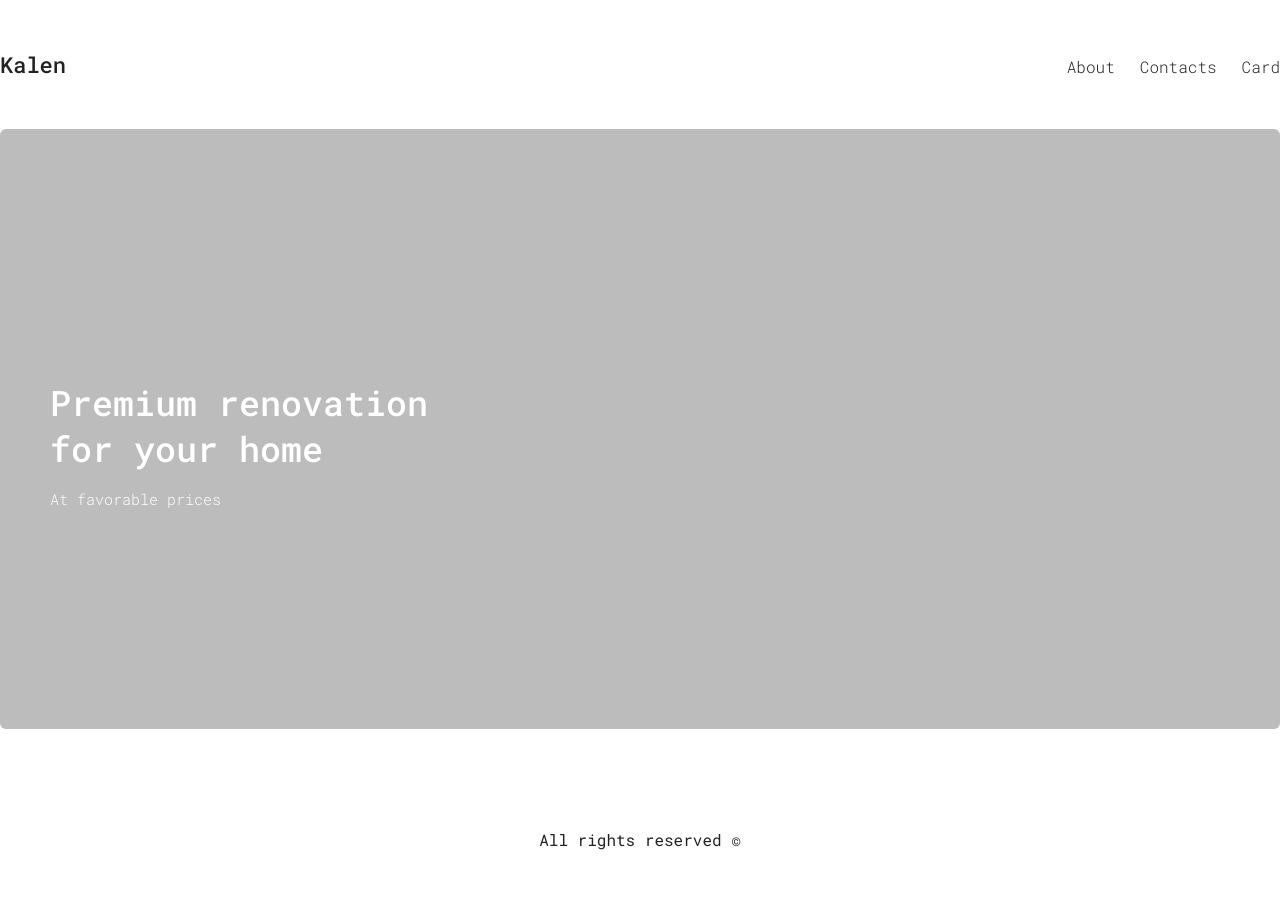
Repository: luckystar20206/e-commerce-react
Page: /
An editor plug-in stored every save of this project. The page is shown before and after a run of saves, followed by the edit.
The browser window is 1280 px wide. The pictures show the whole page.
The project was rebuilt for these pictures with package versions that can differ from the ones it lists, and the page was loaded fresh each time.

Above is the page before, as saved 2022-11-30 01:06:02.

### public/index.html
<!DOCTYPE html>
<html lang="ru">
	<head>
    	<meta charset="utf-8" />
    	<link rel="shortcut icon" href="logo.svg" type="image/png">
    	<meta name="viewport" content="width=device-width, initial-scale=1" />
    	<title>Kalen | apartments</title>
		<meta name="keywords" content="Premium renovation for your apartments">
    	<meta name="discription" content="Kalen professionally transform your apartments, taking into account all the details of the repair.">
		<link rel="preconnect" href="https://fonts.googleapis.com">
		<link rel="preconnect" href="https://fonts.gstatic.com" crossorigin>
		<link href="https://fonts.googleapis.com/css2?family=Roboto+Mono:wght@300;400;500&display=swap" rel="stylesheet">
	</head>
	<body>
    	<noscript>You need to enable JavaScript to run this app.</noscript>

    	<div id="root"></div>

  	</body>
</html>

### src/index.css
* {
	margin: 0;
	padding: 0;
}

body {
	background: #fff;
	color: #222;
	font-family: 'Roboto Mono', monospace;
}


.app {
	width: 1280px;
	margin: 50px auto;
}

### src/App.js
import React from 'react'
import Header from './components/Header/Header.jsx'
import Footer from './components/Footer/Footer.jsx'

export default function App() {
  	return (
		<div className='app'>
			<Header />
			<Footer />
		</div>
  	)
}

### src/components/Header/Header.jsx
import React from 'react'
import './Header.css'

export default function Header() {
    return (
        <header>
            <div className='header'>
                <span className="header__logo">Kalen</span>
                <ul className="header__nav">
                    <li>About</li>
                    <li>Contacts</li>
                    <li>Card</li>
                </ul>
            </div>
            <div className='header__images'></div>
        </header>
    )
}

### src/components/Footer/Footer.jsx
import React from 'react'
import './footer.css'

export default function Footer() {
    return (
        <footer>
            <p>All rights reserved &copy;</p>
        </footer>
    )
}

### src/components/Header/Header.css
.header {
	font-weight: 500;
	font-size: 22px;
}

.header__nav {
	float: right;
	list-style: none;
}

.header__nav li {
	display: inline;
	margin-left: 25px;
	cursor: pointer;
	font-size: 16px;
	font-weight: 300;
	transition: 0.3s;
}

.header__nav li:hover {
	opacity: 0.7;
}

.header__images {
	margin: 50px auto;
	background: url('/') no-repeat;
	background-size: cover;
	background-position: center center;
	background-blend-mode: multiply;
	background-color: #bcbcbc;
	border-radius: 6px;
	width: 100%;
	height: 600px;
	position: relative;
}

.header__images::after {
	content: 'Premium renovation for your home';
	max-width: 400px;
	position: absolute;
	top: 250px;
	left: 50px;
	font-size: 35px;
	font-weight: 500;
	color: #fff
}

.header__images::before {
	content: 'At favorable prices';
	position: absolute;
	top: 360px;
	left: 50px;
	font-size: 15px;
	font-weight: 300;
	color: #fff
}

### src/components/Footer/footer.css
footer {
	text-align: center;
	margin-top: 100px;
}

Loaded but not shown: src/index.js (common file)

After the next 3 saves:
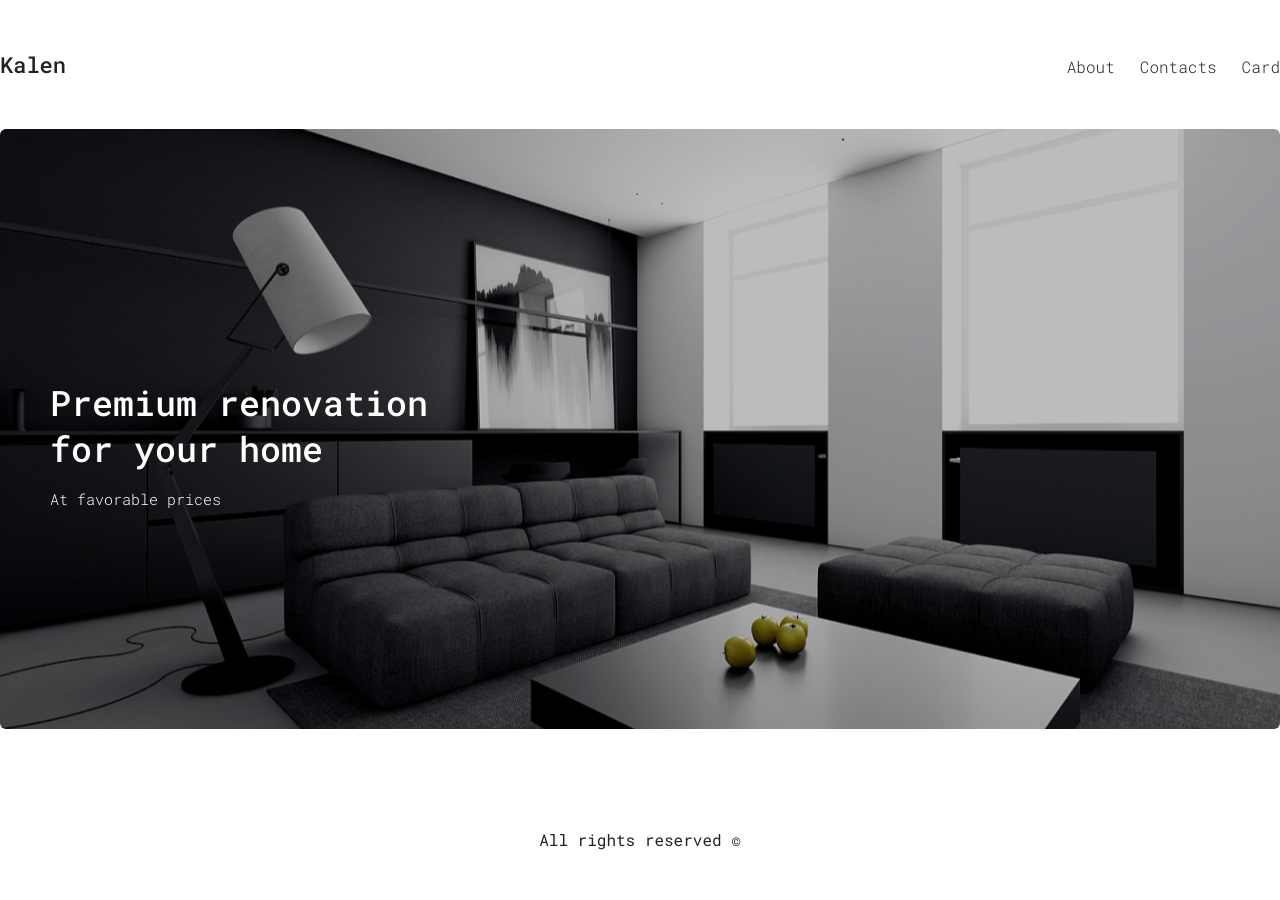
The 3 saves are shown as one change because they came seconds apart.
The last was saved 8 s later.
--- a/src/components/Header/Header.css
+++ b/src/components/Header/Header.css
@@ -23,7 +23,7 @@
 
 .header__images {
 	margin: 50px auto;
-	background: url('/') no-repeat;
+	background: url('/src/img/main_img.jpg') no-repeat;
 	background-size: cover;
 	background-position: center center;
 	background-blend-mode: multiply;
